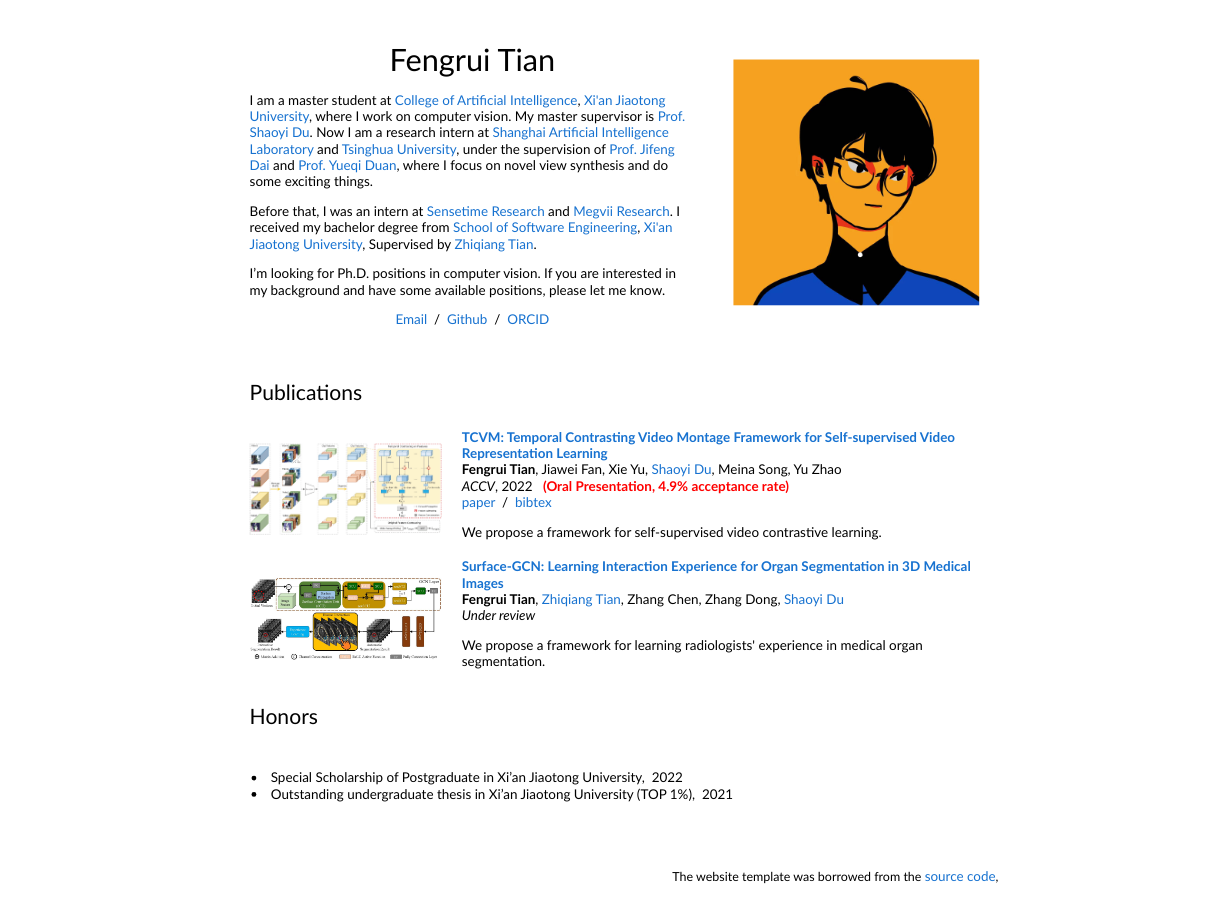
Repository: tianfr/tianfr.github.io
Page: index.html
The author's editor kept a copy of each file at every save. The page is drawn from the files as they stood at one save, then again after the next save.
The browser window is 1280 px wide. The pictures show the whole page, at 96% of full size.

Above is the page before, as saved 2022-11-20 15:51:50.

After the next save:
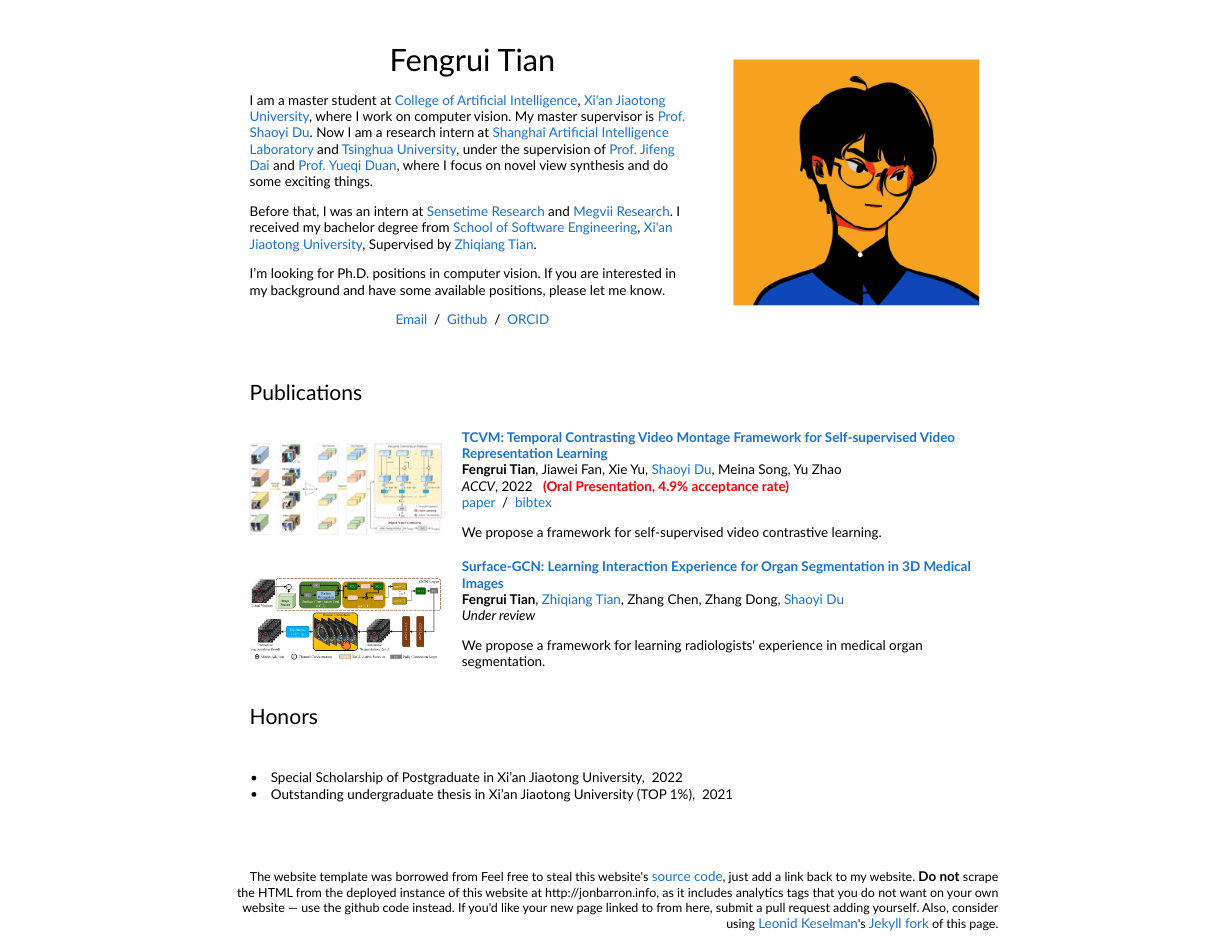
Saved 18 s later.
--- a/index.html
+++ b/index.html
@@ -157,7 +157,14 @@
             <td style="padding:0px">
               <br>
               <p style="text-align:right;font-size:small;">
-                The website template was borrowed from the <a href="https://github.com/jonbarron/onbarron_website">source code</a>,
+                The website template was borrowed from
+                Feel free to steal this website's <a href="https://github.com/jonbarron/jonbarron_website">source code</a>,
+                just add a link back to my website.
+                <strong>Do not</strong> scrape the HTML from the deployed instance of this website at http://jonbarron.info,
+                as it includes analytics tags that you do not want on your own website &mdash; use the github code instead.
+                If you'd like your new page linked to from here, submit a pull request adding yourself.
+
+                Also, consider using <a href="https://leonidk.com/">Leonid Keselman</a>'s <a href="https://github.com/leonidk/new_website">Jekyll fork</a> of this page.
               </p>
             </td>
           </tr>

After the save that followed:
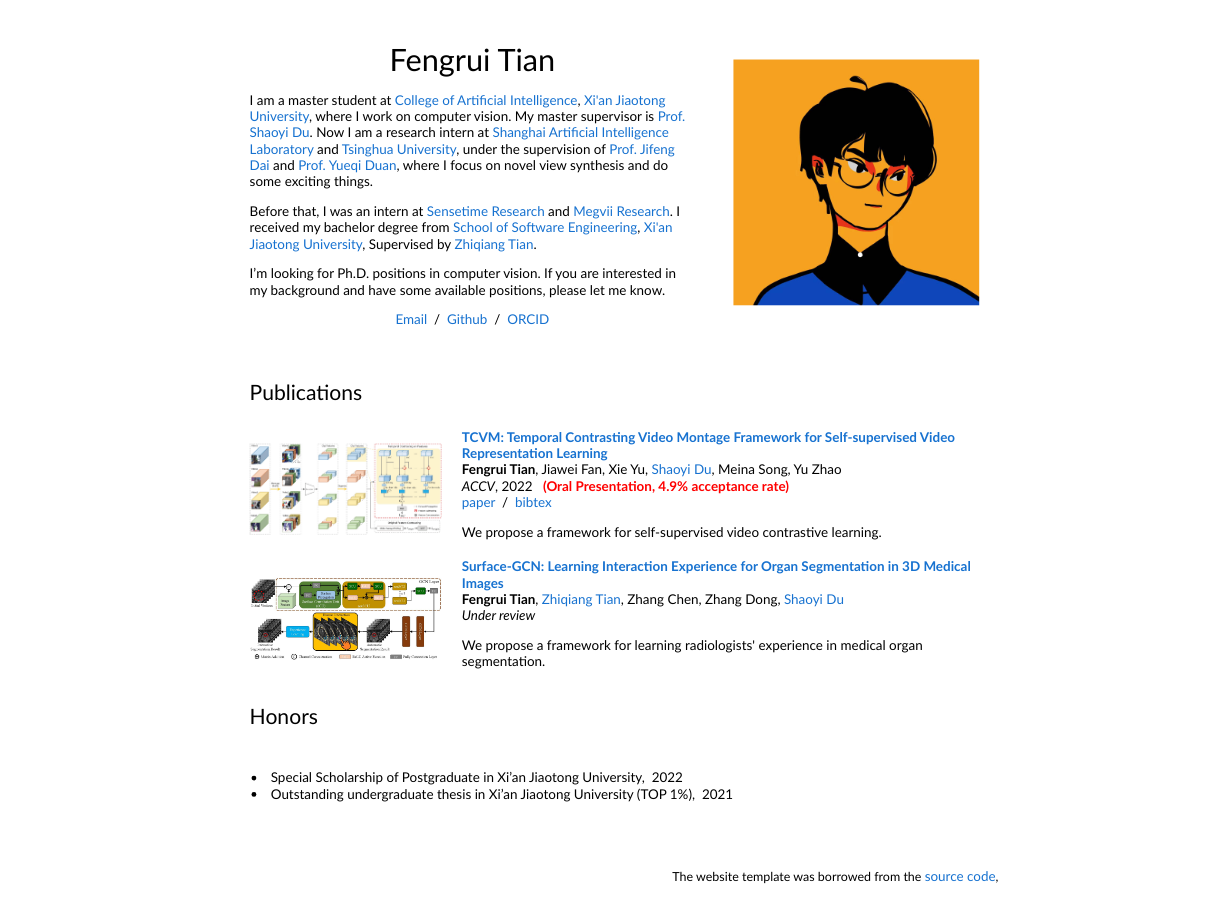
Saved 12 s later.
--- a/index.html
+++ b/index.html
@@ -157,14 +157,7 @@
             <td style="padding:0px">
               <br>
               <p style="text-align:right;font-size:small;">
-                The website template was borrowed from
-                Feel free to steal this website's <a href="https://github.com/jonbarron/jonbarron_website">source code</a>,
-                just add a link back to my website.
-                <strong>Do not</strong> scrape the HTML from the deployed instance of this website at http://jonbarron.info,
-                as it includes analytics tags that you do not want on your own website &mdash; use the github code instead.
-                If you'd like your new page linked to from here, submit a pull request adding yourself.
-
-                Also, consider using <a href="https://leonidk.com/">Leonid Keselman</a>'s <a href="https://github.com/leonidk/new_website">Jekyll fork</a> of this page.
+                The website template was borrowed from the <a href="https://github.com/jonbarron/onbarron_website">source code</a>,
               </p>
             </td>
           </tr>
